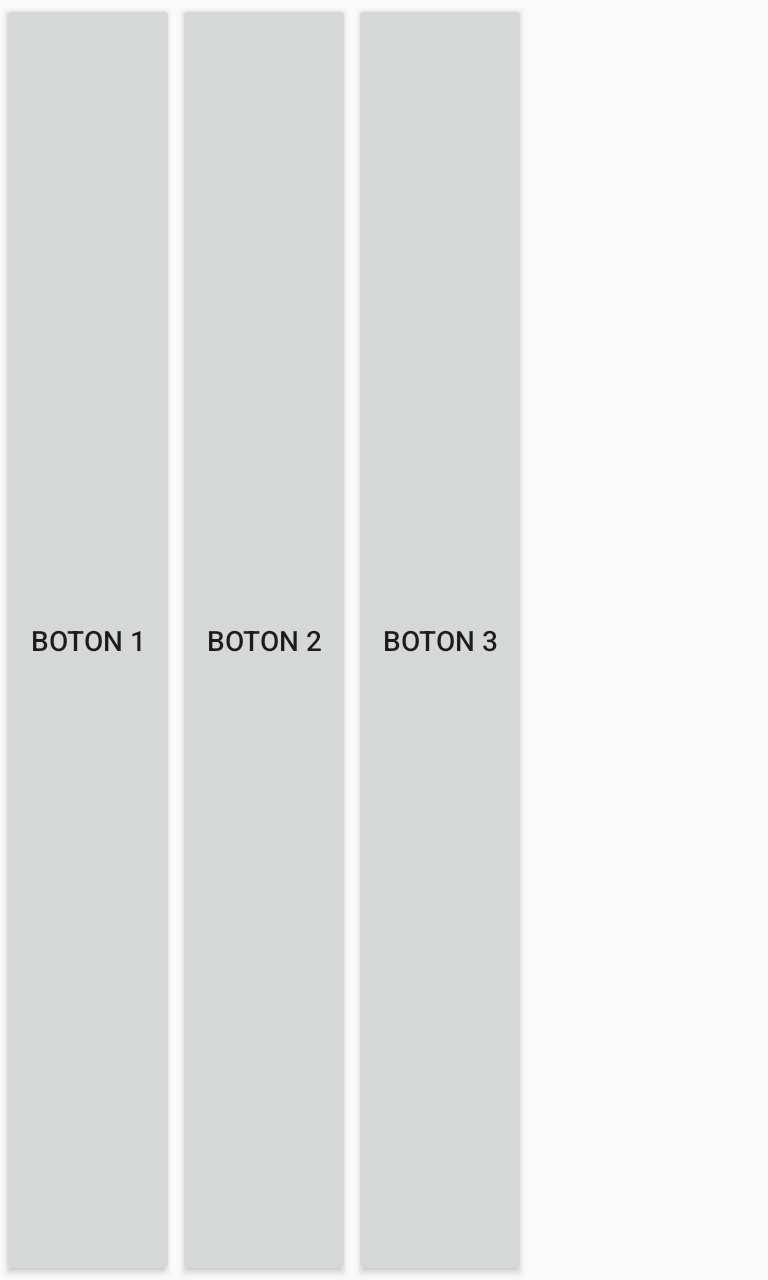
Repository: jromanz/android-projects
Layout: ListaAlumnos/res/layout/activity_linear_layout.xml
An editor plug-in stored every save of this project. The layout is shown before and after the next save, followed by the edit.
It is drawn on a 768 x 1280 px phone screen (xhdpi) without system bars, with theme AppTheme; the app's code is not run.

Above is the layout before, as saved 2014-08-28 19:16:22.

After the next save:
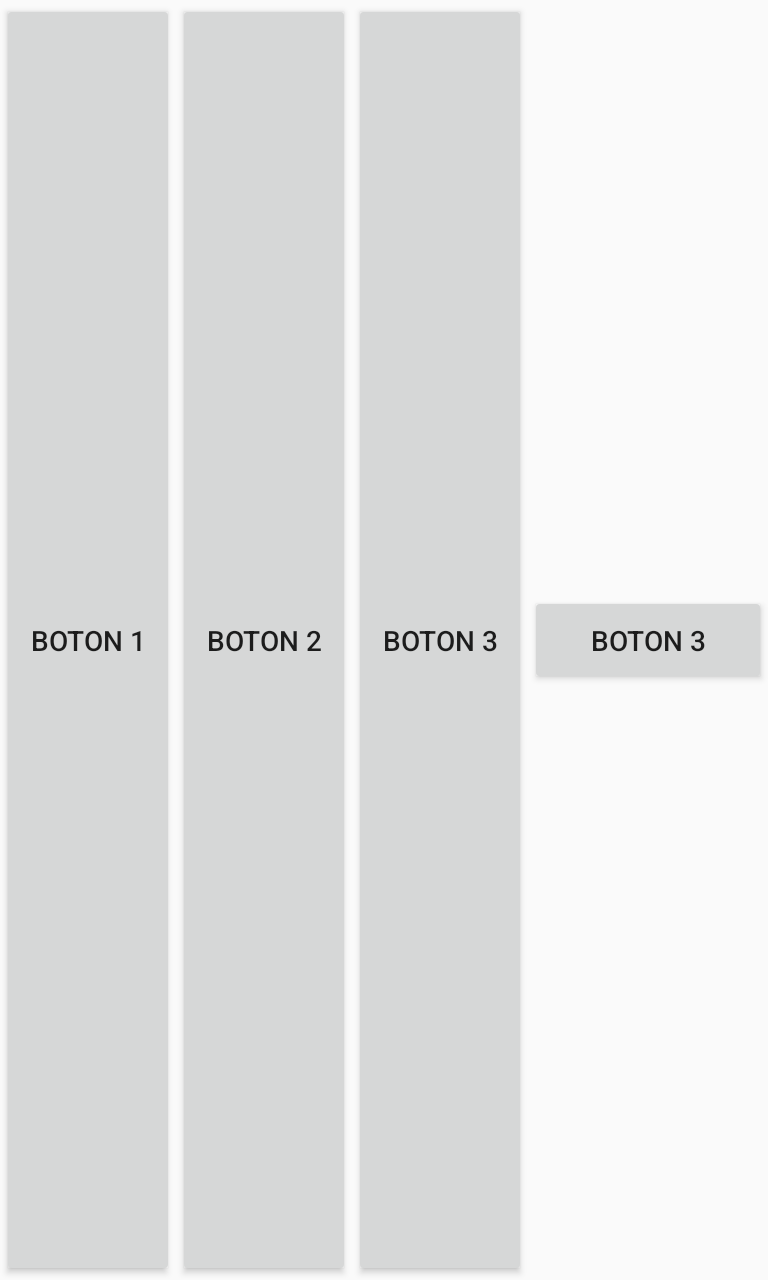
Saved 45 s later.
--- a/ListaAlumnos/res/layout/activity_linear_layout.xml
+++ b/ListaAlumnos/res/layout/activity_linear_layout.xml
@@ -26,5 +26,12 @@
         android:text="@string/btn3Linear"
         />
 
+    <Button
+        android:id="@+id/botonRetornarLinear"
+        android:layout_width="fill_parent"
+        android:layout_height="wrap_content"
+        android:text="@string/btn3Linear"
+        />
+
 
 </LinearLayout>
